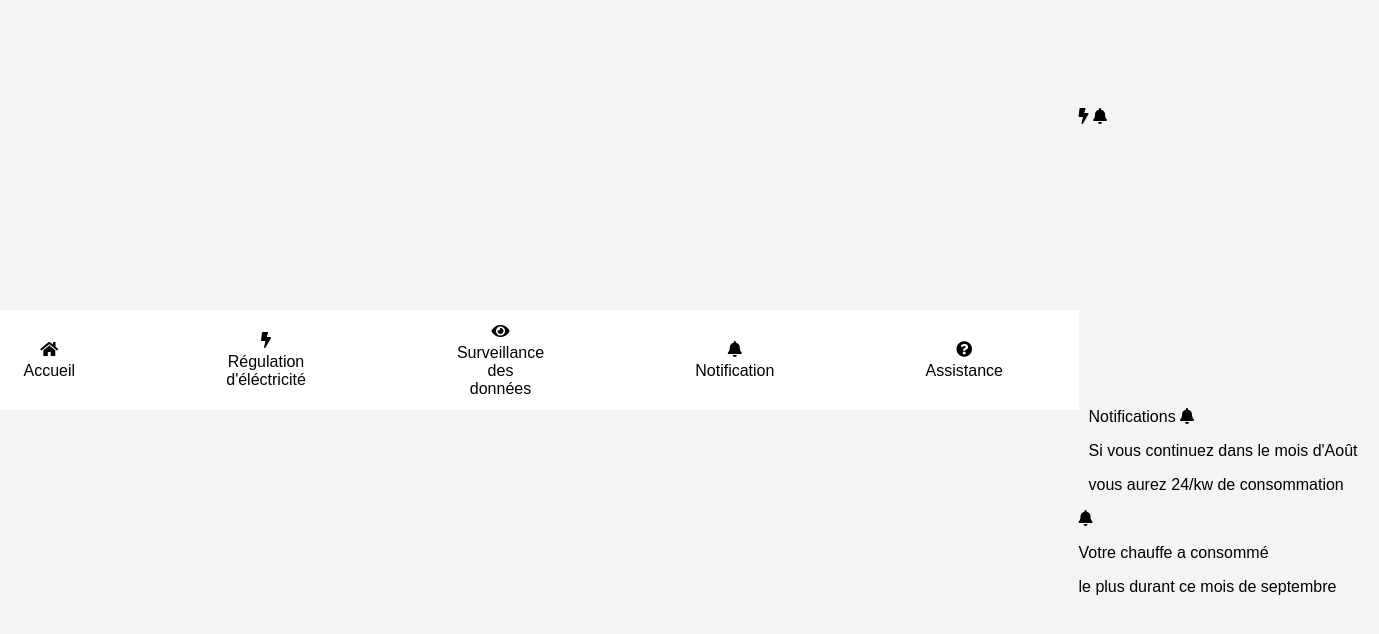
Repository: hamdia200/OSC-Ecowiz
Page: http://localhost/accueil
The author's editor kept a copy of each file at every save. The page is drawn from the files as they stood at one save, then again after the next save.
The browser window is 1280 px wide. The page is 1379 px wide, so the pictures cover 1379 px, including what lies to the right of the window. The pictures show the whole page.
The page is served by the project's Laravel application, run on PHP 8.4 with Laravel 10. Other server files are loaded and not shown.

Above is the page before, as saved 2023-08-18 13:46:42.
Console error: TypeError: Cannot read properties of null (reading 'getContext')

### routes/web.php
<?php

use Illuminate\Support\Facades\Route;

/*
|--------------------------------------------------------------------------
| Web Routes
|--------------------------------------------------------------------------
|
| Here is where you can register web routes for your application. These
| routes are loaded by the RouteServiceProvider and all of them will
| be assigned to the "web" middleware group. Make something great!
|
*/

Route::get('/', function () {
    return view('welcome');
});

Route::get('/centrale', function () {
    return view('centrale');
});
Route::get('/accueil', function () {
    return view('accueil');
});
Route::get('/inscription', function () {
    return view('inscription');
});
Route::get('/login', function () {
    return view('login');
});
Route::get('/regulation', function () {
    return view('regulation');
});

### resources/views/accueil.blade.php
@extends ("menu")
@section('content')
<div class="container">
<meta charset="UTF-8">
    <meta name="viewport" content="width=device-width, initial-scale=1.0">
    <link rel="stylesheet" href="https://cdnjs.cloudflare.com/ajax/libs/font-awesome/5.15.3/css/all.min.css">
    <script src="https://cdn.jsdelivr.net/npm/chart.js"></script>
    <title>Accueil</title>
    <style>
        body {
            font-family: Arial, sans-serif;
            margin: 0;
            padding: 0;
            background-color: #f4f4f4;
            display: flex;
            justify-content: center;
            align-items: center;
            min-height: 100vh;
        }

        .circle-container{
            position: relative;
            width: 300px;
            height: 300px;
        }
        .notification-container {
            width: 100%;
            text-align: center;
            margin-top: 20px;
        }
        .chart-container{
            position: absolute;
            width: 100%;
            height: 100%;
        }

        .alert {
            display: inline-block;
            margin: 0 10px;
        }

    </style>
    <body>
                <div class="row">
                    <div class="col-md-6">
                        <div class="row">
                            <div class="col-xl-3">
                                <div class="circle-container">
                                    <div class="chart-container">
                                        <canvas id="myChart"></canvas>
                                    </div>
                                    <i class="fas fa-bolt icon-left"></i>
                                    <i class="fas fa-bell icon-right"></i>
                                </div>

                            </div>

                        </div>

                    </div>

                    <div class="row">
                        <div class="col-xl-3">
                            <div class="notifications-container">
                                <div class="alert">Notifications
                                    <i class="fas fa-bell"></i>
                                    <p> Si vous continuez dans le mois d'Août </p> <p> vous aurez 24/kw de consommation </p>
                                </div>

                                <div class="notifications2">
                                    <i class="fas fa-bell"></i>
                                        <p> Votre chauffe a consommé </p> <p> le plus durant ce mois de septembre </p>
                                <div>

                            </div>
                        </div>
                    </div>
                </div>


                <script>
                    var ctx = document.getElementById('myCustomChart').getContext('2d');
                    var data = {
                        labels: ['<i class="fas fa-laptop"></i>', '<i class="fas fa-tv"></i>', '<i class="fas fa-laptop"></i>', '<i class="fas fa-snowflake"></i>'],
                        datasets: [{
                            data: [30, 20, 25, 15],
                            backgroundColor: [
                                'red',
                                'blue',
                                'green',
                                'orange'
                            ],
                                // hoverBackgroundColor: [
                                // 'url(chemin_vers_image_appareil_1)',
                                // 'url(chemin_vers_image_appareil_2)',
                                // 'url(chemin_vers_image_appareil_3)',
                                // 'url(chemin_vers_image_appareil_4)'
                                // ],
                                borderWidth: 0,
                                hoverBorderWidth: 0
                        }],
                    };

                    var options = {
                        responsive: true,
                        maintainAspectRatio: false,

                    };

                    var myChart = new Chart(ctx, {
                        type: 'doughnut',
                        data: data,
                        options: options,
                    });
                </script>
        </div>
    </body>

    </html>
</div>
@endsection

### resources/views/menu.blade.php
<!DOCTYPE html>
<html>
    <head>
        <meta charset="UTF-8">
        <meta name="viewport" content="width=device-width, initial-scale=1.0">
        <link rel="stylesheet" href="{{asset('bootstrap-5/css/bootstrap.min.css')}}">
        <link rel="stylesheet" href="{{asset('icofont/icofont.min.css')}}">
        <link rel="stylesheet" href="https://cdnjs.cloudflare.com/ajax/libs/font-awesome/5.15.3/css/all.min.css">

        <title>menu</title>
        <style>
        .menu-horizontal {
            list-style-type: none;
            display: flex;
            align-items: center; /* Aligne les éléments au centre horizontalement */
            padding: 0;
            margin: 0;
            border-left: 2px solid gray;
            border-top: none;
            background-color: white;
            height:100px;
        }

        .menu-horizontal li{
            margin: 0 2cm;
            padding: 0;
        }

        .menu-item {
            display: flex;
            flex-direction: column;
            align-items: center;
            justify-content: center;
            border-left: 2p;
        }

        .menu-icon {
            width: 50px;
            height: 50px;
        }

        .menu-text {
            font-size: 16px;
            margin-top: 5px;
            text-align: center;
        }
        .logo {
            padding-left: 20px;
            height: 35px;
        }
        </style>
    </head>

    <body>
        <header>
                <ul class="menu-horizontal fixed-top">
                    <div class="header">
                        <img src="{{asset('/image/ecow.png')}}" alt="" class="logo">
                    </div>
                    <li>
                        <span class="menu-item">
                            <!-- <img src="{{asset('image/elect.png') }}" alt="Icone 1" class="menu-icon"> -->
                            <i class="fas fa-home"></i><span class="menu-text">Accueil</span>
                        </span>
                    </li>
                    <li>
                        <span class="menu-item">
                            <!-- <img src="{{asset('image/donnee.png') }}" alt="Icone 1" class="menu-icon"> -->
                            <i class="fas fa-bolt"></i><span class="menu-text">Régulation d'éléctricité </span>
                        </span>
                    </li>

                    <li>
                        <span class="menu-item">
                            <!-- <img src="{{asset('image/donnee.png') }}" alt="Icone 1" class="menu-icon"> -->
                            <i class="fas fa-eye"></i><span class="menu-text">Surveillance des données </span>
                        </span>
                    </li>
                    <li>
                        <span class="menu-item">
                            <!-- <img src="{{asset('image/sup.png') }}" alt="Icone 1" class="menu-icon"> -->
                            <i class="fas fa-bell"></i><span class="menu-text">Notification</span>
                        </span>
                    </li>
                    <li>
                        <span class="menu-item">
                            <!-- <img src="{{asset('image/assist.png') }}" alt="Icone 1" class="menu-icon"> -->
                            <i class="fas fa-question-circle"></i><span class="menu-text">Assistance</span>
                        </span>
                    </li>
                </ul>

        </header>
        <div class="container">
                @yield('content')
        </div>

    </body>


</html>

After the next save:
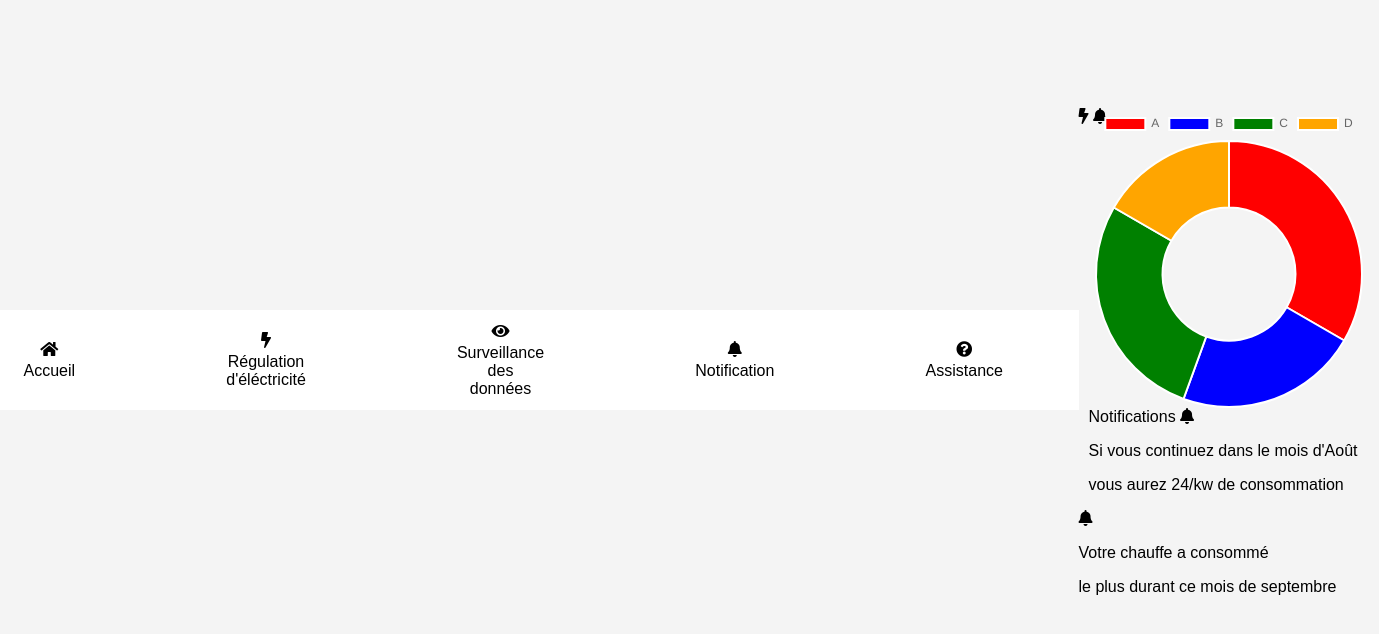
The error is gone.
Saved 62 s later.
--- a/resources/views/accueil.blade.php
+++ b/resources/views/accueil.blade.php
@@ -79,40 +79,24 @@
 
 
                 <script>
-                    var ctx = document.getElementById('myCustomChart').getContext('2d');
-                    var data = {
-                        labels: ['<i class="fas fa-laptop"></i>', '<i class="fas fa-tv"></i>', '<i class="fas fa-laptop"></i>', '<i class="fas fa-snowflake"></i>'],
-                        datasets: [{
-                            data: [30, 20, 25, 15],
-                            backgroundColor: [
-                                'red',
-                                'blue',
-                                'green',
-                                'orange'
-                            ],
-                                // hoverBackgroundColor: [
-                                // 'url(chemin_vers_image_appareil_1)',
-                                // 'url(chemin_vers_image_appareil_2)',
-                                // 'url(chemin_vers_image_appareil_3)',
-                                // 'url(chemin_vers_image_appareil_4)'
-                                // ],
-                                borderWidth: 0,
-                                hoverBorderWidth: 0
-                        }],
-                    };
-
-                    var options = {
-                        responsive: true,
-                        maintainAspectRatio: false,
-
-                    };
-
-                    var myChart = new Chart(ctx, {
-                        type: 'doughnut',
-                        data: data,
-                        options: options,
-                    });
-                </script>
+        var ctx = document.getElementById('myChart').getContext('2d');
+        var data = {
+            labels: ['A', 'B', 'C', 'D'],
+            datasets: [{
+                data: [30, 20, 25, 15],
+                backgroundColor: ['red', 'blue', 'green', 'orange'],
+            }],
+        };
+        var options = {
+            responsive: true,
+            maintainAspectRatio: false,
+        };
+        var myChart = new Chart(ctx, {
+            type: 'doughnut',
+            data: data,
+            options: options,
+        });
+    </script>
         </div>
     </body>
 
